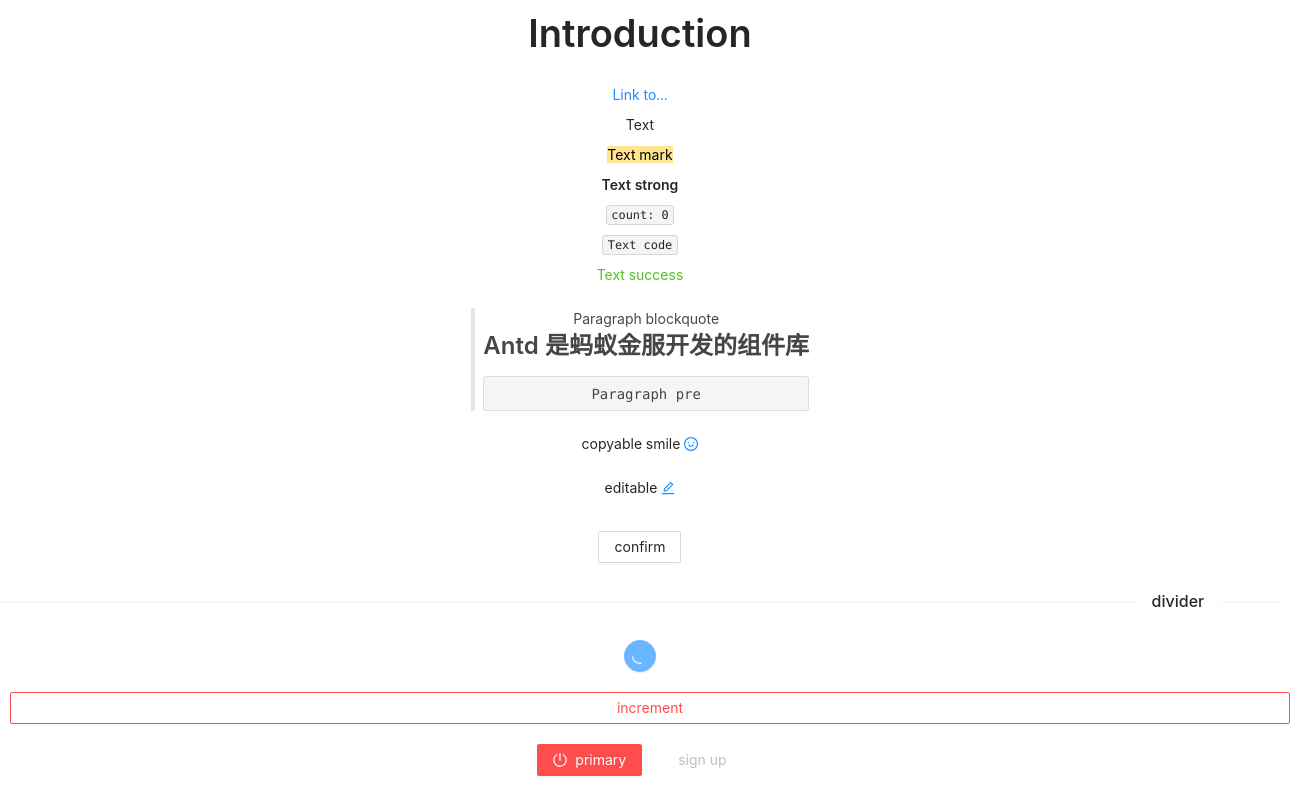
Repository: ErosHai/antd-demo
Page: /
The author's editor kept a copy of each file at every save. The page is drawn from the files as they stood at one save, then again after the next save.
The browser window is 1280 px wide. The page is 1300 px wide, so the pictures cover 1300 px, including what lies to the right of the window. The pictures show the whole page.
The project was rebuilt for these pictures with package versions that can differ from the ones it lists, and the page was loaded fresh each time.

Above is the page before, as saved 2022-04-12 16:37:22.

After the next save:
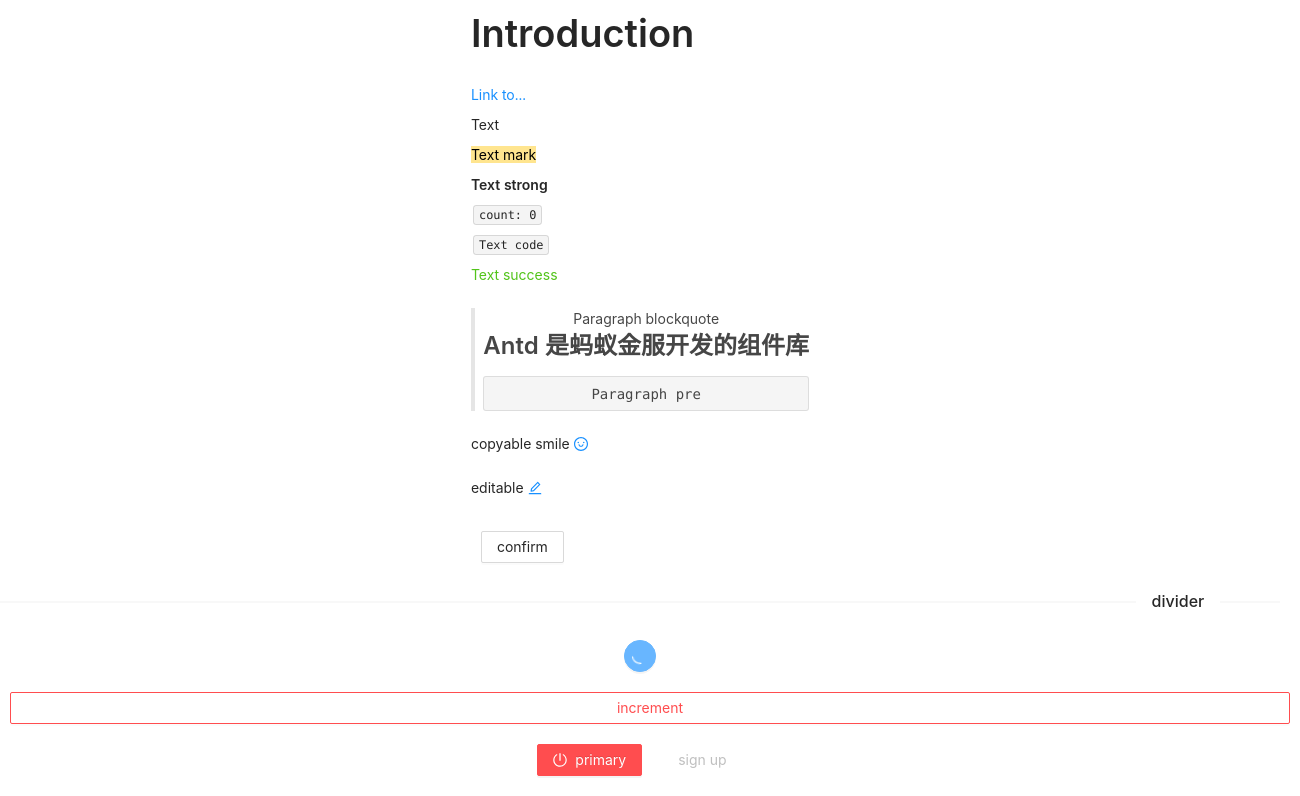
Saved 9 s later.
--- a/src/App.js
+++ b/src/App.js
@@ -14,7 +14,7 @@ function App() {
 
 	return (
 		<div className="App">
-			<Space size="small" direction="vertical" align="center">
+			<Space size="small" direction="vertical" align="start">
 				<Title>Introduction</Title>
 				<Link href="https://www.baidu.com">Link to...</Link>
 				<Text>Text</Text>
